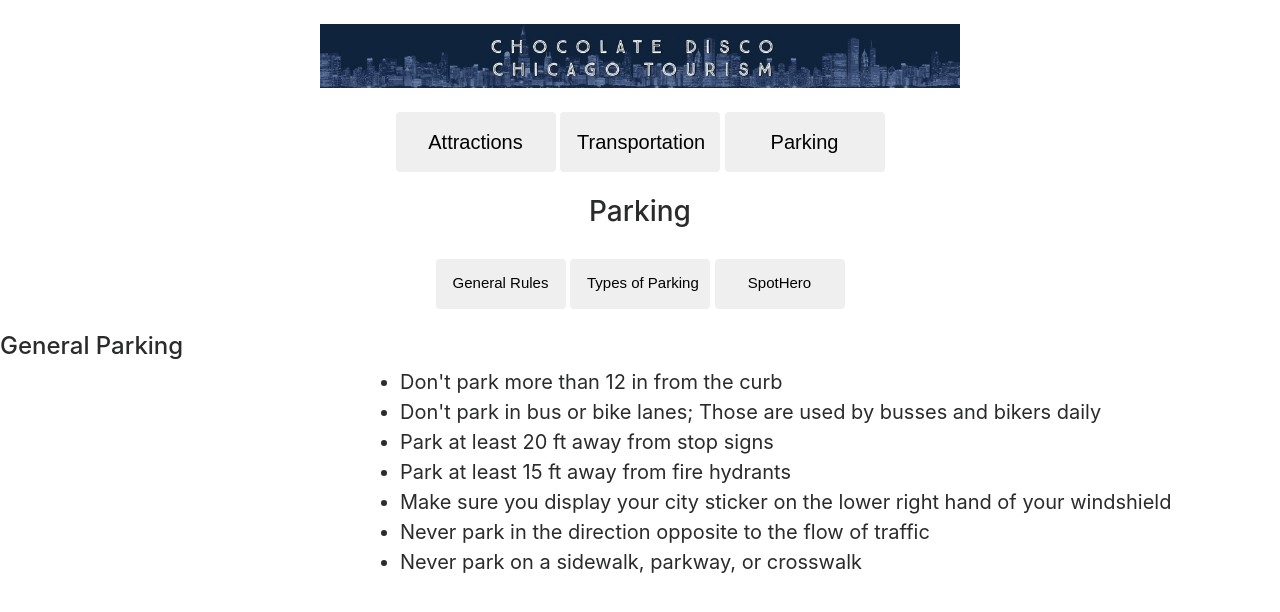
Repository: rkodit2/cs422project
Page: parking.html
An editor plug-in stored every save of this project. The page is shown before and after the next save, followed by the edit.
The browser window is 1280 px wide. The pictures show the whole page.

Above is the page before, as saved 2021-11-03 20:04:18.

### parking.html
<!DOCTYPE html>
<html>
    <head>
        <title>Chocolate Disco Chicago Tourism</title>
        <link rel="stylesheet" href=
        "https://maxcdn.bootstrapcdn.com/bootstrap/4.0.0-alpha.6/css/bootstrap.css">
        <link rel="stylesheet" href="homepage.css">

    </head>
    <body>

        <br>
        <div id="banner">
          <img src="pictures/banner3.jpg" alt="mainpage banner" class = "center" onclick="location.href='homepage.html';">
        </div>

         <br>
        <div class= "button-center">
            <button type ="button" id="Attractions" class="btn" onclick="location.href='attractions.html';" style="width: 160px; height: 60px; font-size: 20px;"> Attractions </button>
            <button type ="button" id="Transportation" class="btn" onclick="location.href='transportation.html';" style="width: 160px; height: 60px; font-size: 20px"> Transportation </button>
            <button type ="button" id="Parking" class="btn" onclick="location.href='parking.html';" style="width: 160px; height: 60px; font-size: 20px;"> Parking </button>
        </div>
        <br>
        <h3 style="text-align: center;"> Parking </h2>
        <br>

        <div class= "button-center">
                <button type ="button" id="generalRules " class="btn" onclick="location.href='parking.html';" style="width: 130px; height: 50px; font-size: 15px;"> General Rules </button>
                <button type ="button" id="typesOfParking" class="btn" onclick="location.href='#';" style="width: 140px; height: 50px; font-size: 15px"> Types of Parking </button>
                <button type ="button" id="spotHero" class="btn" onclick="location.href='#';" style="width: 130px; height: 50px; font-size: 15px;"> SpotHero </button>
            </div>

            <br>
            <h4>General Parking</h4>
            <ul style="padding-left: 400px;">
                <li>Don't park more than 12 in from the curb</li>

                <li>Don't park in bus or bike lanes; Those are used by busses and bikers daily</li>

                <li>Park at least 20 ft away from stop signs</li>

                <li>Park at least 15 ft away from fire hydrants </li>

                <li>Make sure you display your city sticker on the lower right hand of your windshield</li>

                <li>Never park in the direction opposite to the flow of traffic</li>

                <li>Never park on a sidewalk, parkway, or crosswalk</li>
            </ul>

    </body>
</html>

### homepage.css
.button-center {
    text-align: center;
  }

.viewMore {
    display: flex;
    vertical-align: middle;
}
.center {
  display: block;
  margin-left: auto;
  margin-right: auto;
  width: 50%;
}
.gmap{
  display: flex;
  vertical-align: middle;
}

ul li{
  font-size:20px;
 }

After the next save:
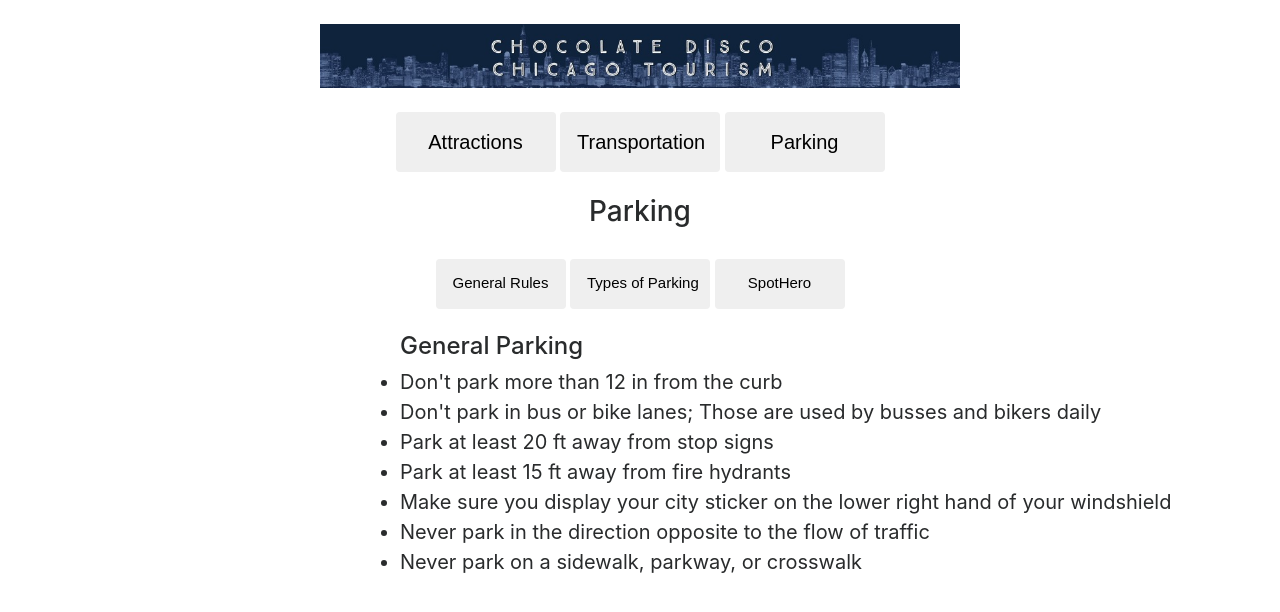
Saved 11 s later.
--- a/parking.html
+++ b/parking.html
@@ -31,7 +31,7 @@
             </div>
 
             <br>
-            <h4>General Parking</h4>
+            <h4 style="padding-left: 400px;">General Parking</h4>
             <ul style="padding-left: 400px;">
                 <li>Don't park more than 12 in from the curb</li>
 
